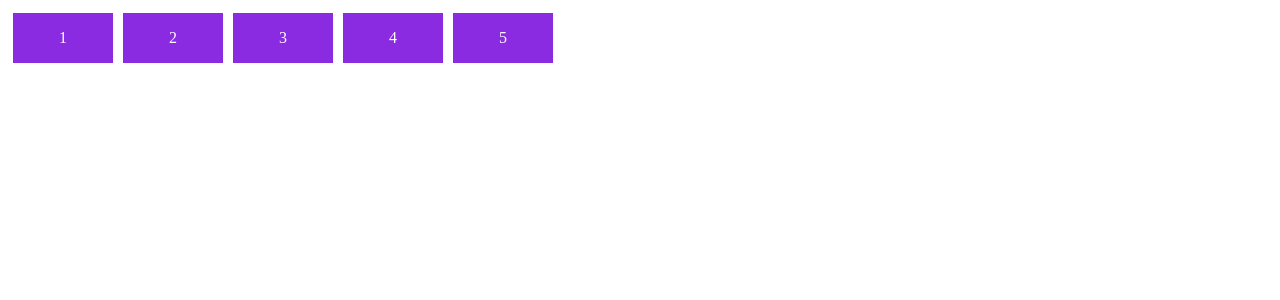
Repository: gabrielbino/projects-dio
Page: Flexbox/@flex-flow.html
An editor plug-in stored every save of this project. The page is shown before and after the next save, followed by the edit.
The browser window is 1280 px wide. The pictures show the whole page.

Above is the page before, as saved 2021-10-22 17:02:05.

### Flexbox/@flex-flow.html
<!DOCTYPE html>
<html lang="en">
  <head>
    <meta charset="UTF-8" />
    <meta name="viewport" content="width=device-width, initial-scale=1.0" />
    <title>Fundamentos - Flex flow</title>

    <style>
      .flexContainer {
        display: flex;
        flex-flow: row nowrap;
      }

      .flexItem {
        width: 100px;
        height: 50px;
        margin: 5px;
        text-align: center;
        line-height: 50px;
        background-color: blueviolet;
        color: white;
      }
    </style>
  </head>
  <body>
    <div class="flexContainer">
      <div class="flexItem">1</div>
      <div class="flexItem">2</div>
      <div class="flexItem">3</div>
      <div class="flexItem">4</div>
      <div class="flexItem">5</div>
    </div>
  </body>
</html>

After the next save:
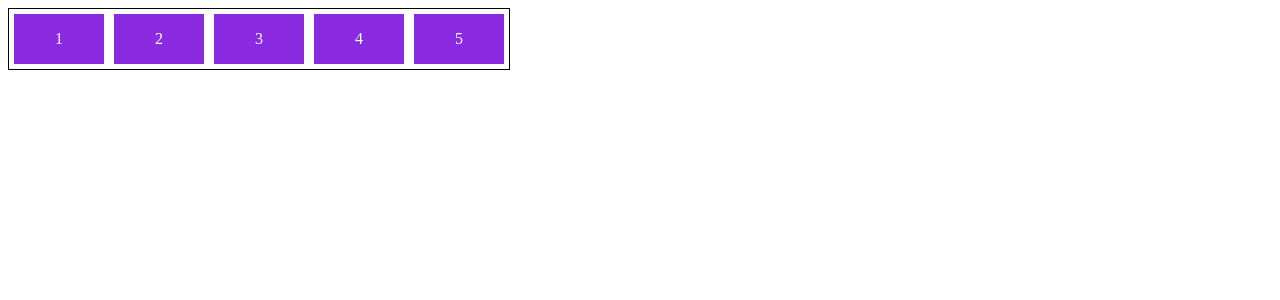
Saved 33 s later.
--- a/Flexbox/@flex-flow.html
+++ b/Flexbox/@flex-flow.html
@@ -9,6 +9,8 @@
       .flexContainer {
         display: flex;
         flex-flow: row nowrap;
+        border: 1px solid black;
+        max-width: 500px;
       }
 
       .flexItem {
